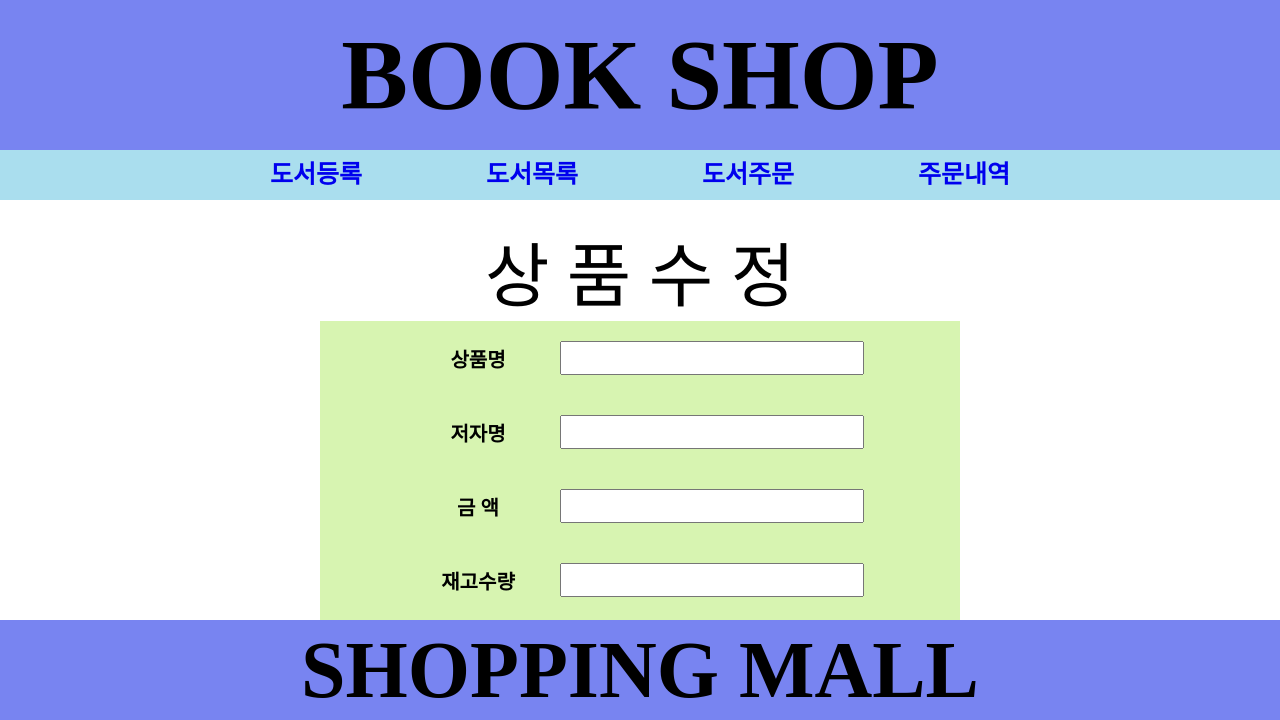
Repository: eunmiyo/BookShop
Page: http://localhost/Book/modify.jsp
An editor plug-in stored every save of this project. The page is shown before and after the next save, followed by the edit.
The browser window is 1280 px wide. The pictures show the whole page.
The page is served by Tomcat 9. Other server files are loaded and not shown. The template is opened directly, without the code that normally fills it, so the values that code supplies are empty.

Above is the page before, as saved 2022-12-29 01:56:29.

### Book/src/main/webapp/modify.jsp
<%@ page language="java" contentType="text/html; charset=UTF-8"
    pageEncoding="UTF-8"%>

<%@ taglib prefix="c" uri="http://java.sun.com/jsp/jstl/core"%>
<!DOCTYPE html>
<html>
<head>
<meta charset="UTF-8">
<title>Insert title here</title>
<meta http-equiv="X-UA-Compatible" content="IE=edge" />
<meta name="viewport" content="width=device-width, initial-scale=1.0" />
<link rel="stylesheet" href="./css/style.css" />
</head>
<body>
	<%@ include file="top.jsp"%>
		<form name = "frm" method="post" action="update">
			<table>
				<caption>상 품 수 정</caption>
				<tr>
					<th>상품명</th>
					<td><input type="text" name="title" value="${book.title }"></td>
				</tr>
				<tr>
					<th>저자명</th>
					<td><input type="text" name="writer" value="${book.writer }"></td>
				</tr>
				<tr>
					<th>금 액</th>
					<td><input type="text" name="price" value="${book.price }"></td>
				</tr>
				<tr>
					<th>재고수량</th>
					<td><input type="text" name="stock" value="${book.stock }"></td>
				</tr>
				<tr>
					<td colspan="2">
						<button class="btn" type="submit"
							onclick="fn_submit(); return false;">상품등록</button>
						<button class="btn" type="button" onclick="location='list'">조 회</button>
					</td>
				</tr>
			</table>
		</form>
	<%@ include file="footer.jsp"%>
<script type="text/javascript" src="./script.js"></script>
</body>
</html>

### Book/src/main/webapp/top.jsp
<%@ page language="java" contentType="text/html; charset=UTF-8"
    pageEncoding="UTF-8"%>
<!DOCTYPE html>
<html>
<head>
<meta charset="UTF-8">
<title>Insert title here</title>
<link rel="stylesheet" href="style.css">
</head>
<body>
	<header>BOOK SHOP</header>
	<nav>
		<ul>
			<li><a href="add">도서등록</a></li>
			<li><a href="list">도서목록</a></li>
			<li><a href="buy">도서주문</a></li>
			<li><a href="order">주문내역</a></li>
		</ul>
	</nav>
</body>
</html>

### Book/src/main/webapp/footer.jsp
<%@ page language="java" contentType="text/html; charset=UTF-8"
    pageEncoding="UTF-8"%>
<!DOCTYPE html>
<html>
<head>
<meta charset="UTF-8">
<title>Insert title here</title>
<link rel="stylesheet" href="style.css">
</head>
<body>
	<footer>SHOPPING MALL</footer>
</body>
</html>

### Book/src/main/webapp/style.css
@charset "UTF-8";

* {
	margin: 0;
	padding: 0;
}

header {
	top: 0;
	width: 100%;
	text-align: center;
	background: #7884F1;
	color: black;
	height: 150px;
	line-height: 150px;
	font-size: 100px;
	font-weight: bold;
}

nav ul {
	height: 50px;
	line-height: 50px;
	width: 100%;
	background: #AADEEE;
	color: black;
	text-align: center;
}

nav ul li {
	list-style: none;
	padding: 0 60px;
	display: inline-block;
	font-weight: bold;
	font-size: 25px;
}

section {
	position: absolute;
	overflow: auto;
	width: 100%;
	height: 100%;
	background: white;
}

a {
	text-decoration: none;
}

a:hover {
	cursor: pointer;
}

img {
	margin: auto;
    display: block;
    padding: 100px;
    width: 40%;
}

caption {
	font-size: 70px;
	margin-top: 20px;
	text-align: center;
}

table {
	padding-top: 50px;
	background: #D7F4B1;
	margin-left:auto;
    margin-right:auto;
}

table{
	border-collapse: collapse;
	width: 50%;
	height: 60px;
	font-size: 20px;
}

.wap {
	border-collapse: collapse;
	width: 80%;
	height: 100%;
	font-size: 20px;
}

.bar {
	border-bottom: 2px solid #86CC2C;
}

tr, td, th {
	display: flex;
	justify-content: center;
	align-items: center;
	padding: 10px;
}

th{
	width: 20%;
}

.list{
	width: 20%;
	padding: 0;
}

input {
	height: 30px;
	width: 300px;
}

.btn {
	padding: 0.4rem 1rem;
	border-radius: 0.4rem;
	font-size: 20px;
	margin-left: 20px;
	text-align: center;
}

footer {
	position: fixed;
	bottom: 0;
	width: 100%;
	text-align: center;
	background: #7884F1;
	color: black;
	height: 100px;
	line-height: 100px;
	font-size: 80px;
	font-weight: bold;
}

### Book/src/main/webapp/script.js
function fn_submit() {
	var f = document.frm;

	if(f.title.value == "") {
		alert("상품명이 입력되지 않았습니다!")
		f.title.focus();
		return false;
	}

	if(f.writer.value == "") {
		alert("저자명이 입력되지 않았습니다!")
		f.writer.focus();
		return false;
	}

	if(f.price.value == "") {
		alert("금액이 입력되지 않았습니다!")
		f.price.focus();
		return false;
	}

	if(f.stock.value == "") {
		alert("재고수량이 입력되지 않았습니다!")
		f.stock.focus();
		return false;
	}

	f.submit();
}

function chkDelete(no) {
	const result = confirm("삭제하시겠습니까?");

	if(result){
			const url = location.origin; //'http://localhost:8090'
			location.href = url + "/Book/delete?no=" + no; //페이지이동

		} else {
			return false;
		}
}

After the next save:
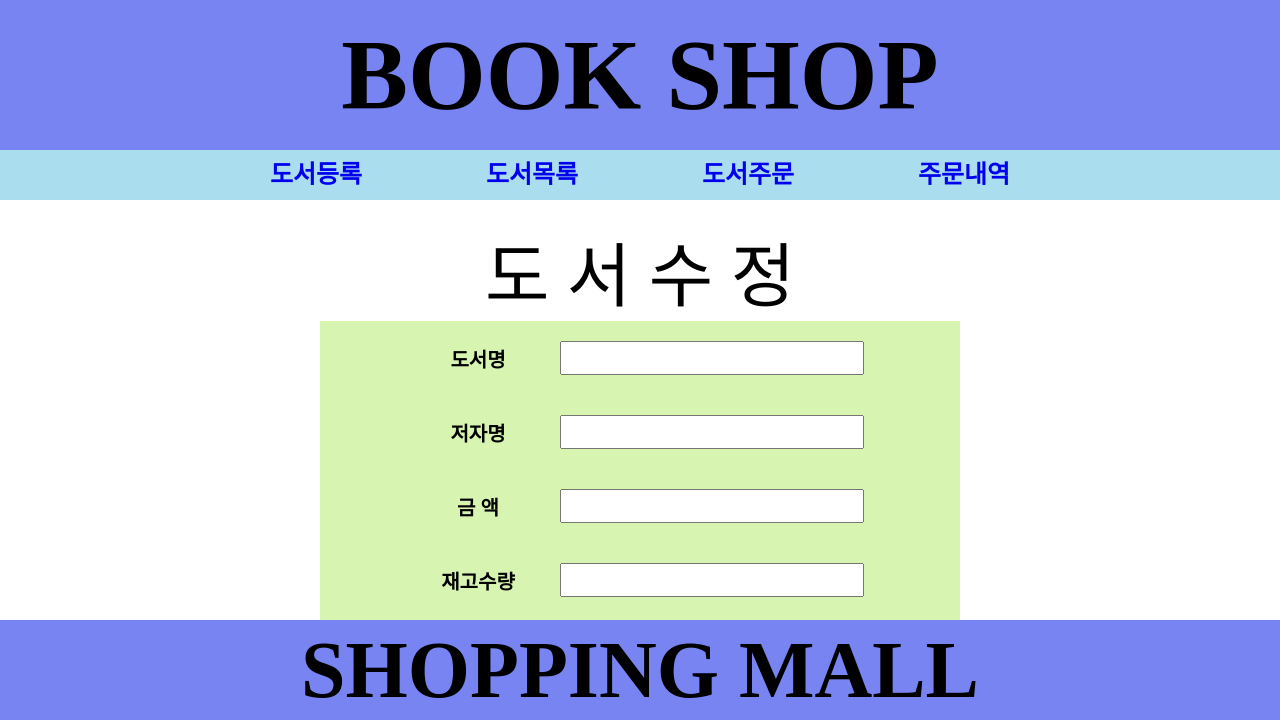
Saved 20 s later.
--- a/Book/src/main/webapp/modify.jsp
+++ b/Book/src/main/webapp/modify.jsp
@@ -15,9 +15,9 @@
 	<%@ include file="top.jsp"%>
 		<form name = "frm" method="post" action="update">
 			<table>
-				<caption>상 품 수 정</caption>
+				<caption>도 서 수 정</caption>
 				<tr>
-					<th>상품명</th>
+					<th>도서명</th>
 					<td><input type="text" name="title" value="${book.title }"></td>
 				</tr>
 				<tr>
@@ -35,7 +35,7 @@
 				<tr>
 					<td colspan="2">
 						<button class="btn" type="submit"
-							onclick="fn_submit(); return false;">상품등록</button>
+							onclick="fn_submit(); return false;">도서등록</button>
 						<button class="btn" type="button" onclick="location='list'">조 회</button>
 					</td>
 				</tr>
